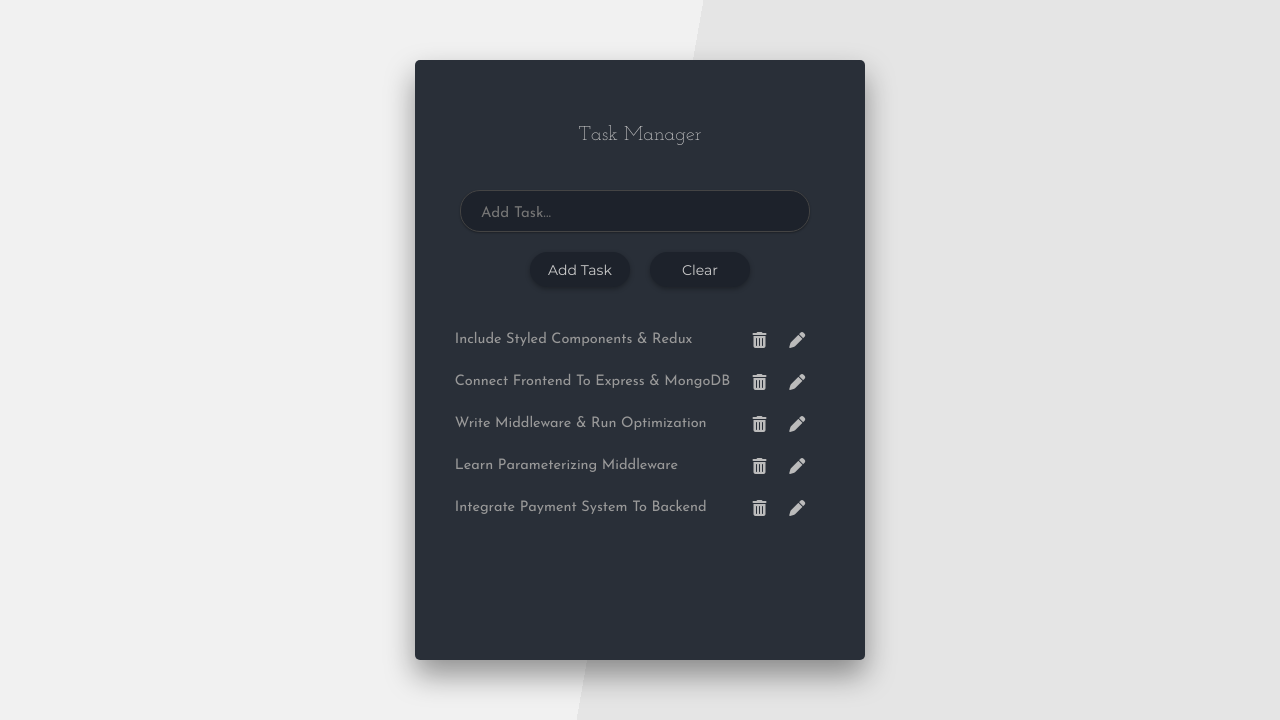
Repository: Kol124/react-task-manager
Page: /
The author's editor kept a copy of each file at every save. The page is drawn from the files as they stood at one save, then again after the next save.
The browser window is 1280 px wide. The pictures show the whole page.
Some web libraries are served in a nearby version. The project was rebuilt for these pictures with package versions that can differ from the ones it lists, and the page was loaded fresh each time.

Above is the page before, as saved 2021-06-22 20:18:13.

### public/index.html
<!DOCTYPE html>
<html lang="en">
  <head>
    <meta charset="utf-8" />
    <link rel="icon" href="%PUBLIC_URL%/favicon.ico" />
    <meta name="viewport" content="width=device-width, initial-scale=1" />
    <meta name="theme-color" content="#000000" />
    <meta
      name="description"
      content="Web site created using create-react-app"
    />
    <link rel="apple-touch-icon" href="%PUBLIC_URL%/logo192.png" />
    <!--
      manifest.json provides metadata used when your web app is installed on a
      user's mobile device or desktop. See https://developers.google.com/web/fundamentals/web-app-manifest/
    -->
    <link rel="manifest" href="%PUBLIC_URL%/manifest.json" />
    <!--
      Notice the use of %PUBLIC_URL% in the tags above.
      It will be replaced with the URL of the `public` folder during the build.
      Only files inside the `public` folder can be referenced from the HTML.

      Unlike "/favicon.ico" or "favicon.ico", "%PUBLIC_URL%/favicon.ico" will
      work correctly both with client-side routing and a non-root public URL.
      Learn how to configure a non-root public URL by running `npm run build`.
    -->
    <title>React App</title>
  </head>
  <body>
    <noscript>You need to enable JavaScript to run this app.</noscript>
    <div id="root"></div>
    <!--
      This HTML file is a template.
      If you open it directly in the browser, you will see an empty page.

      You can add webfonts, meta tags, or analytics to this file.
      The build step will place the bundled scripts into the <body> tag.

      To begin the development, run `npm start` or `yarn start`.
      To create a production bundle, use `npm run build` or `yarn build`.
    -->
  </body>
  <script
    src="https://kit.fontawesome.com/0a37ebcd2b.js"
    crossorigin="anonymous"
  ></script>
</html>

### src/App.js
import "./App.css";
import React from "react";
import Header from "./components/Header";
import TaskForm from "./components/TaskForm";
import TaskList from "./components/TaskList";
import TaskContextProvider from "./context/TaskContext";

function App() {
  return (
    <TaskContextProvider>
      <div className="container">
        <div className="app-wrapper">
          <Header />
          <div className="main">
            <TaskForm />
            <TaskList />
          </div>
        </div>
      </div>
    </TaskContextProvider>
  );
}

export default App;

### src/App.css
@import url("fonts.css");

* {
  margin: 0;
  padding: 0;
  box-sizing: inherit;
}

html {
  box-sizing: border-box;
  font-size: 62.5%;

  @media only screen and (max-width: 480px) {
    font-size: 50%;
  }
}

.container {
  width: 100%;
  height: 100vh;
  display: flex;
  align-items: center;
  justify-content: center;
  background: linear-gradient(100deg, #f1f1f1 50%, #e5e5e5 0);
}

.app-wrapper {
  background-color: #292f38;
  /* width: 25%; */
  min-width: 45rem;
  height: 60rem;
  padding: 3rem;
  border-radius: 5px;
  box-shadow: 0 15px 30px rgba(0, 0, 0, 0.4);
}

.header h1 {
  color: #ccc;
  font-weight: 300;
  text-align: center;
  margin: 35px 20px 45px 20px;
  font-family: "Josefin Slab", serif;
}

.main {
  display: flex;
  flex-direction: column;
  align-items: space-between;
  margin-bottom: 50px;
  width: 100%;
}

.form {
  display: flex;
  flex-direction: column;
  justify-content: center;
  align-items: center;
  margin-bottom: 15px;
}

.list {
  width: 95%;
  margin: auto;
  max-height: 300px;
  overflow: hidden;
  overflow-y: auto;
}

/* width */
::-webkit-scrollbar {
  width: 7px;
}

/* Track */
::-webkit-scrollbar-track {
  border-radius: 10px;
  background-color: #aaa;
}

/* Handle */
::-webkit-scrollbar-thumb {
  background: #444;
  border-radius: 10px;
}

.task-input {
  width: 350px;
  min-width: 250px;
  padding: 15px 10px 10px 20px;
  margin: 0 10px 10px 0;
  font-family: "Josefin Sans", serif;
  font-size: 15px;
  color: #ccc;
  background-color: #1d222b;
  border: 1px solid #444;
  outline: none;
  border-radius: 20px;
  box-shadow: 0 1px 2px rgba(0, 0, 0, 0.3);
}

.buttons {
  display: flex;
}

.btn {
  margin: 10px;
}

.add-task-btn {
  min-width: 100px;
  background-color: #1d222b;
  color: #ccc;
  border: none;
  font-family: "Montserrat", sans-serif;
  font-size: 14px;
  border-radius: 20px;
  box-shadow: 0 2px 5px rgba(0, 0, 0, 0.3);
  outline: none;
  cursor: pointer;
}

.list-item {
  display: flex;
  justify-content: space-between;
  margin: 20px 0;
  padding-bottom: 5px;
}

.list-item span {
  font-family: "Josefin Sans", sans-serif;
  color: #999;
  font-size: 14.5px;
  text-transform: capitalize;
}

.task-btn {
  cursor: pointer;
  background-color: transparent;
  border: none;
  outline: none;
}

.btn-delete i {
  font-size: 16px;
  color: #bbb;
  margin-right: 20px;
}

.btn-edit i {
  font-size: 16px;
  color: #bbb;
  margin-right: 20px;
}

.clear-btn {
  width: 100px;
  height: 35px;
  background-color: #1d222b;
  color: #ccc;
  border: none;
  font-family: "Montserrat", sans-serif;
  font-size: 14px;
  border-radius: 20px;
  box-shadow: 0 2px 5px rgba(0, 0, 0, 0.3);
  outline: none;
  cursor: pointer;
}

.no-tasks {
  color: #777;
  text-align: center;
  font-family: "Montserrat", sans-serif;
  margin-top: 20px;
  font-size: 18px;
}

### src/components/Header.js
import React from "react";

const Header = () => {
  return (
    <div className="header">
      <h1>Task Manager</h1>
    </div>
  );
};

export default Header;

### src/components/TaskForm.js
import React, { useState, useContext, useEffect } from "react";
import { TaskContext } from "../context/TaskContext";

export default function TaskForm() {
  const { editItem, setEditItem, dispatch } = useContext(TaskContext);
  const [title, setTitle] = useState("");

  const handleSubmit = (e) => {
    e.preventDefault();
    if (editItem !== null) {
      dispatch({
        type: "EDIT_TASK",
        task: {
          title,
          id: editItem.id,
        },
      });
      setEditItem(null);
    } else {
      dispatch({
        type: "ADD_TASK",
        task: {
          title,
        },
      });
    }

    setTitle("");
  };

  useEffect(() => {
    if (editItem !== null) {
      setTitle(editItem.title);
      console.log(editItem);
    } else {
      setTitle("");
    }
  }, [editItem]);

  return (
    <form onSubmit={handleSubmit} className="form">
      <input
        type="text"
        placeholder="Add Task..."
        value={title}
        onChange={(e) => setTitle(e.target.value)}
        required
        className="task-input"
      />
      <div className="buttons">
        <button type="submit" className="btn add-task-btn">
          {editItem ? "Edit Task" : "Add Task"}
        </button>
        <button
          className="btn clear-btn"
          onClick={() => dispatch({ type: "CLEAR_TASK" })}
        >
          Clear
        </button>
      </div>
    </form>
  );
}

### src/components/TaskList.js
import React, { useContext } from "react";
import { TaskContext } from "../context/TaskContext";
import Task from "./Task";

export default function TaskList() {
  const { tasks } = useContext(TaskContext);

  return (
    <div>
      {tasks.length ? (
        <ul className="list">
          {tasks.map((task) => {
            return <Task task={task} key={task.id} />;
          })}
        </ul>
      ) : (
        <div className="no-tasks">No Tasks</div>
      )}
    </div>
  );
}

### src/context/TaskContext.js
import React, { createContext, useState, useReducer, useEffect } from "react";
import TaskReducer from "../reducer/TaskReducer";

export const TaskContext = createContext();

export default function TaskContextProvider(props) {
  const [tasks, dispatch] = useReducer(TaskReducer, [
    { title: "Include styled components & redux", id: 1 },
    { title: "Connect frontend to express & mongoDB", id: 2 },
    { title: "Write middleware & run optimization", id: 3 },
    { title: "Learn parameterizing middleware", id: 4 },
    { title: "Integrate payment system to backend", id: 5 },
  ]);
  const [editItem, setEditItem] = useState(null);

  const findItem = (id) => {
    const item = tasks.find((task) => task.id === id);
    setEditItem(item);
  };

  useEffect(() => {
    console.log(tasks);
  });

  return (
    <TaskContext.Provider
      value={{ tasks, editItem, setEditItem, findItem, dispatch }}
    >
      {props.children}
    </TaskContext.Provider>
  );
}

### src/fonts.css
/* josefin-sans-300 - latin */
@font-face {
  font-family: "Josefin Sans";
  font-style: normal;
  font-weight: 300;
  src: url("./fonts/josefin-sans-v17-latin-300.eot"); /* IE9 Compat Modes */
  src: local(""),
    url("./fonts/josefin-sans-v17-latin-300.eot?#iefix")
      format("embedded-opentype"),
    /* IE6-IE8 */ url("./fonts/josefin-sans-v17-latin-300.woff2")
      format("woff2"),
    /* Super Modern Browsers */ url("./fonts/josefin-sans-v17-latin-300.woff")
      format("woff"),
    /* Modern Browsers */ url("./fonts/josefin-sans-v17-latin-300.ttf")
      format("truetype"),
    /* Safari, Android, iOS */
      url("./fonts/josefin-sans-v17-latin-300.svg#JosefinSans") format("svg"); /* Legacy iOS */
}
/* josefin-sans-regular - latin */
@font-face {
  font-family: "Josefin Sans";
  font-style: normal;
  font-weight: 400;
  src: url("./fonts/josefin-sans-v17-latin-regular.eot"); /* IE9 Compat Modes */
  src: local(""),
    url("./fonts/josefin-sans-v17-latin-regular.eot?#iefix")
      format("embedded-opentype"),
    /* IE6-IE8 */ url("./fonts/josefin-sans-v17-latin-regular.woff2")
      format("woff2"),
    /* Super Modern Browsers */
      url("./fonts/josefin-sans-v17-latin-regular.woff") format("woff"),
    /* Modern Browsers */ url("./fonts/josefin-sans-v17-latin-regular.ttf")
      format("truetype"),
    /* Safari, Android, iOS */
      url("./fonts/josefin-sans-v17-latin-regular.svg#JosefinSans")
      format("svg"); /* Legacy iOS */
}
/* josefin-sans-600 - latin */
@font-face {
  font-family: "Josefin Sans";
  font-style: normal;
  font-weight: 600;
  src: url("./fonts/josefin-sans-v17-latin-600.eot"); /* IE9 Compat Modes */
  src: local(""),
    url("./fonts/josefin-sans-v17-latin-600.eot?#iefix")
      format("embedded-opentype"),
    /* IE6-IE8 */ url("./fonts/josefin-sans-v17-latin-600.woff2")
      format("woff2"),
    /* Super Modern Browsers */ url("./fonts/josefin-sans-v17-latin-600.woff")
      format("woff"),
    /* Modern Browsers */ url("./fonts/josefin-sans-v17-latin-600.ttf")
      format("truetype"),
    /* Safari, Android, iOS */
      url("./fonts/josefin-sans-v17-latin-600.svg#JosefinSans") format("svg"); /* Legacy iOS */
}
/* josefin-sans-700 - latin */
@font-face {
  font-family: "Josefin Sans";
  font-style: normal;
  font-weight: 700;
  src: url("./fonts/josefin-sans-v17-latin-700.eot"); /* IE9 Compat Modes */
  src: local(""),
    url("./fonts/josefin-sans-v17-latin-700.eot?#iefix")
      format("embedded-opentype"),
    /* IE6-IE8 */ url("./fonts/josefin-sans-v17-latin-700.woff2")
      format("woff2"),
    /* Super Modern Browsers */ url("./fonts/josefin-sans-v17-latin-700.woff")
      format("woff"),
    /* Modern Browsers */ url("./fonts/josefin-sans-v17-latin-700.ttf")
      format("truetype"),
    /* Safari, Android, iOS */
      url("./fonts/josefin-sans-v17-latin-700.svg#JosefinSans") format("svg"); /* Legacy iOS */
}

/* josefin-slab-300 - latin */
@font-face {
  font-family: "Josefin Slab";
  font-style: normal;
  font-weight: 300;
  src: url("./fonts/josefin-slab-v13-latin-300.eot"); /* IE9 Compat Modes */
  src: local(""),
    url("./fonts/josefin-slab-v13-latin-300.eot?#iefix")
      format("embedded-opentype"),
    /* IE6-IE8 */ url("./fonts/josefin-slab-v13-latin-300.woff2")
      format("woff2"),
    /* Super Modern Browsers */ url("./fonts/josefin-slab-v13-latin-300.woff")
      format("woff"),
    /* Modern Browsers */ url("./fonts/josefin-slab-v13-latin-300.ttf")
      format("truetype"),
    /* Safari, Android, iOS */
      url("./fonts/josefin-slab-v13-latin-300.svg#JosefinSlab") format("svg"); /* Legacy iOS */
}
/* josefin-slab-regular - latin */
@font-face {
  font-family: "Josefin Slab";
  font-style: normal;
  font-weight: 400;
  src: url("./fonts/josefin-slab-v13-latin-regular.eot"); /* IE9 Compat Modes */
  src: local(""),
    url("./fonts/josefin-slab-v13-latin-regular.eot?#iefix")
      format("embedded-opentype"),
    /* IE6-IE8 */ url("./fonts/josefin-slab-v13-latin-regular.woff2")
      format("woff2"),
    /* Super Modern Browsers */
      url("./fonts/josefin-slab-v13-latin-regular.woff") format("woff"),
    /* Modern Browsers */ url("./fonts/josefin-slab-v13-latin-regular.ttf")
      format("truetype"),
    /* Safari, Android, iOS */
      url("./fonts/josefin-slab-v13-latin-regular.svg#JosefinSlab")
      format("svg"); /* Legacy iOS */
}
/* josefin-slab-600 - latin */
@font-face {
  font-family: "Josefin Slab";
  font-style: normal;
  font-weight: 600;
  src: url("./fonts/josefin-slab-v13-latin-600.eot"); /* IE9 Compat Modes */
  src: local(""),
    url("./fonts/josefin-slab-v13-latin-600.eot?#iefix")
      format("embedded-opentype"),
    /* IE6-IE8 */ url("./fonts/josefin-slab-v13-latin-600.woff2")
      format("woff2"),
    /* Super Modern Browsers */ url("./fonts/josefin-slab-v13-latin-600.woff")
      format("woff"),
    /* Modern Browsers */ url("./fonts/josefin-slab-v13-latin-600.ttf")
      format("truetype"),
    /* Safari, Android, iOS */
      url("./fonts/josefin-slab-v13-latin-600.svg#JosefinSlab") format("svg"); /* Legacy iOS */
}
/* josefin-slab-700 - latin */
@font-face {
  font-family: "Josefin Slab";
  font-style: normal;
  font-weight: 700;
  src: url("./fonts/josefin-slab-v13-latin-700.eot"); /* IE9 Compat Modes */
  src: local(""),
    url("./fonts/josefin-slab-v13-latin-700.eot?#iefix")
      format("embedded-opentype"),
    /* IE6-IE8 */ url("./fonts/josefin-slab-v13-latin-700.woff2")
      format("woff2"),
    /* Super Modern Browsers */ url("./fonts/josefin-slab-v13-latin-700.woff")
      format("woff"),
    /* Modern Browsers */ url("./fonts/josefin-slab-v13-latin-700.ttf")
      format("truetype"),
    /* Safari, Android, iOS */
      url("./fonts/josefin-slab-v13-latin-700.svg#JosefinSlab") format("svg"); /* Legacy iOS */
}

/* montserrat-300 - latin */
@font-face {
  font-family: "Montserrat";
  font-style: normal;
  font-weight: 300;
  src: url("./fonts/montserrat-v15-latin-300.eot"); /* IE9 Compat Modes */
  src: local(""),
    url("./fonts/montserrat-v15-latin-300.eot?#iefix")
      format("embedded-opentype"),
    /* IE6-IE8 */ url("./fonts/montserrat-v15-latin-300.woff2") format("woff2"),
    /* Super Modern Browsers */ url("./fonts/montserrat-v15-latin-300.woff")
      format("woff"),
    /* Modern Browsers */ url("./fonts/montserrat-v15-latin-300.ttf")
      format("truetype"),
    /* Safari, Android, iOS */
      url("./fonts/montserrat-v15-latin-300.svg#Montserrat") format("svg"); /* Legacy iOS */
}
/* montserrat-regular - latin */
@font-face {
  font-family: "Montserrat";
  font-style: normal;
  font-weight: 400;
  src: url("./fonts/montserrat-v15-latin-regular.eot"); /* IE9 Compat Modes */
  src: local(""),
    url("./fonts/montserrat-v15-latin-regular.eot?#iefix")
      format("embedded-opentype"),
    /* IE6-IE8 */ url("./fonts/montserrat-v15-latin-regular.woff2")
      format("woff2"),
    /* Super Modern Browsers */ url("./fonts/montserrat-v15-latin-regular.woff")
      format("woff"),
    /* Modern Browsers */ url("./fonts/montserrat-v15-latin-regular.ttf")
      format("truetype"),
    /* Safari, Android, iOS */
      url("./fonts/montserrat-v15-latin-regular.svg#Montserrat") format("svg"); /* Legacy iOS */
}
/* montserrat-500 - latin */
@font-face {
  font-family: "Montserrat";
  font-style: normal;
  font-weight: 500;
  src: url("./fonts/montserrat-v15-latin-500.eot"); /* IE9 Compat Modes */
  src: local(""),
    url("./fonts/montserrat-v15-latin-500.eot?#iefix")
      format("embedded-opentype"),
    /* IE6-IE8 */ url("./fonts/montserrat-v15-latin-500.woff2") format("woff2"),
    /* Super Modern Browsers */ url("./fonts/montserrat-v15-latin-500.woff")
      format("woff"),
    /* Modern Browsers */ url("./fonts/montserrat-v15-latin-500.ttf")
      format("truetype"),
    /* Safari, Android, iOS */
      url("./fonts/montserrat-v15-latin-500.svg#Montserrat") format("svg"); /* Legacy iOS */
}

### src/components/Task.js
import React, { useContext } from "react";
import { TaskContext } from "../context/TaskContext";

export default function Task({ task }) {
  const { findItem, dispatch } = useContext(TaskContext);

  return (
    <li className="list-item">
      <span>{task.title}</span>
      <div>
        <button
          className="btn-delete task-btn"
          onClick={() =>
            dispatch({ type: "REMOVE_TASK", task: { id: task.id } })
          }
        >
          <i className="fas fa-trash-alt"></i>
        </button>{" "}
        <button className="btn-edit task-btn" onClick={() => findItem(task.id)}>
          <i className="fas fa-pen"></i>
        </button>
      </div>
    </li>
  );
}

### src/reducer/TaskReducer.js
export default function TaskReducer(tasks, action) {
  switch (action.type) {
    case "ADD_TASK":
      return [
        ...tasks,
        {
          title: action.task.title,
          id: Math.random().toString(),
        },
      ];

    case "REMOVE_TASK":
      return tasks.filter((task) => task.id !== action.task.id);

    case "EDIT_TASK":
      return tasks.map((task) =>
        task.id === action.task.id
          ? { title: action.task.title, id: action.task.id }
          : task
      );

    case "CLEAR_TASK":
      return [];

    default:
      return tasks;
  }
}

Loaded but not shown: src/index.js (common file); src/index.css (common file); src/reportWebVitals.js (common file)

After the next save:
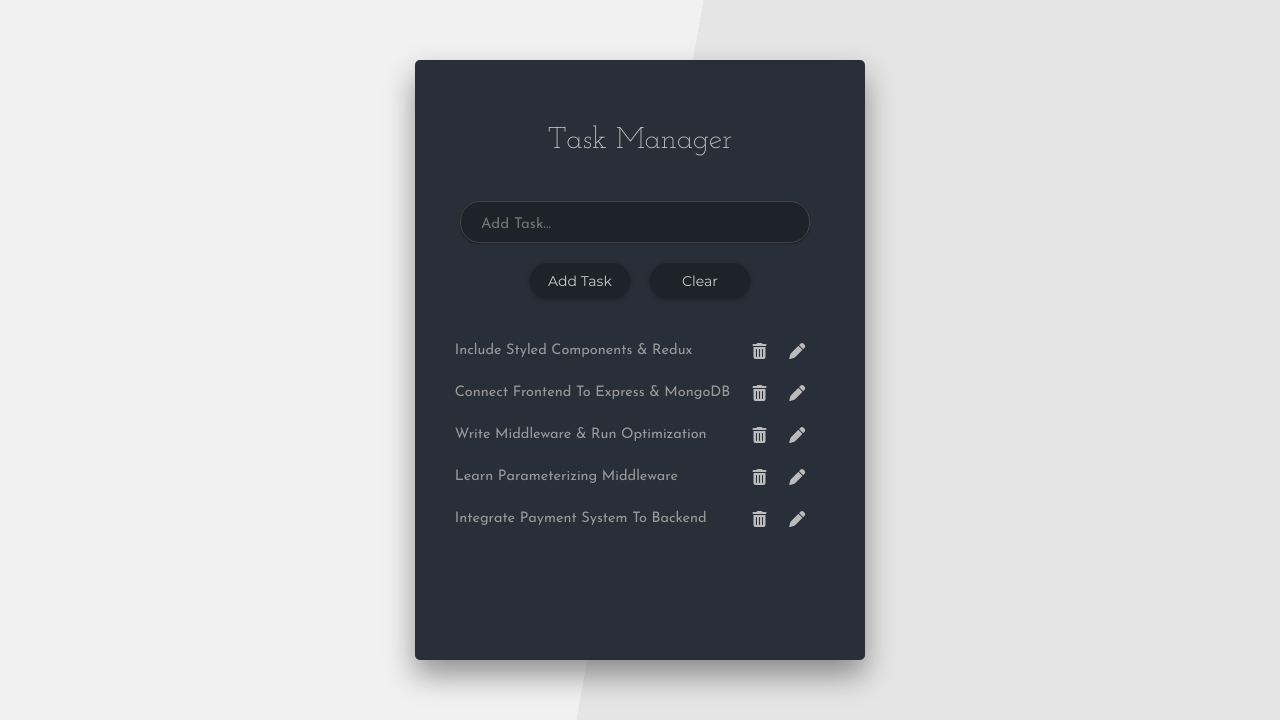
Saved 25 s later.
--- a/src/App.css
+++ b/src/App.css
@@ -35,6 +35,7 @@ html {
 }
 
 .header h1 {
+  font-size: 3rem;
   color: #ccc;
   font-weight: 300;
   text-align: center;
